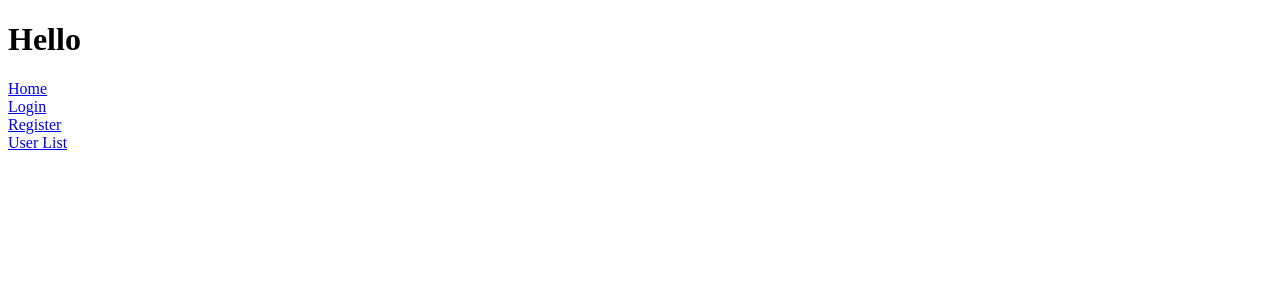
Repository: Kaustubh-Kallianpur/Practise-Programs
Page: http://localhost/pureJDBC/
These files come from the project's save history. The page is drawn as it stood at one moment and after the next save; the edit follows.
The browser window is 1280 px wide. The pictures show the whole page.
The page is served by Tomcat 9.

Above is the page before, as saved 2017-04-05 08:31:09.

After the next save:
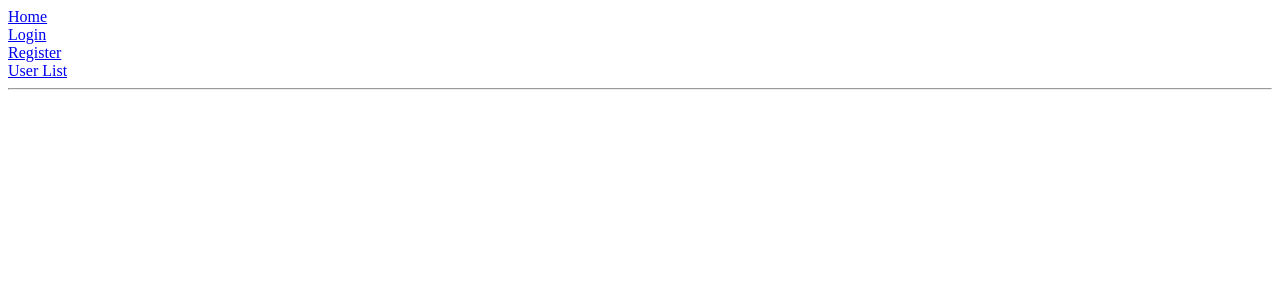
Saved 41 s later.
--- a/pureJDBC/WebContent/index.jsp
+++ b/pureJDBC/WebContent/index.jsp
@@ -7,10 +7,11 @@
 <title>Home - JDBC</title>
 </head>
 <body>
-	<h1>Hello </h1>
 	<a href="index.jsp">Home</a><br>
 	<a href="login.jsp">Login</a><br>
 	<a href="register.jsp">Register</a><br>
 	<a href="users.jsp">User List</a><br>
+<hr>
+${success}
 </body>
 </html>
